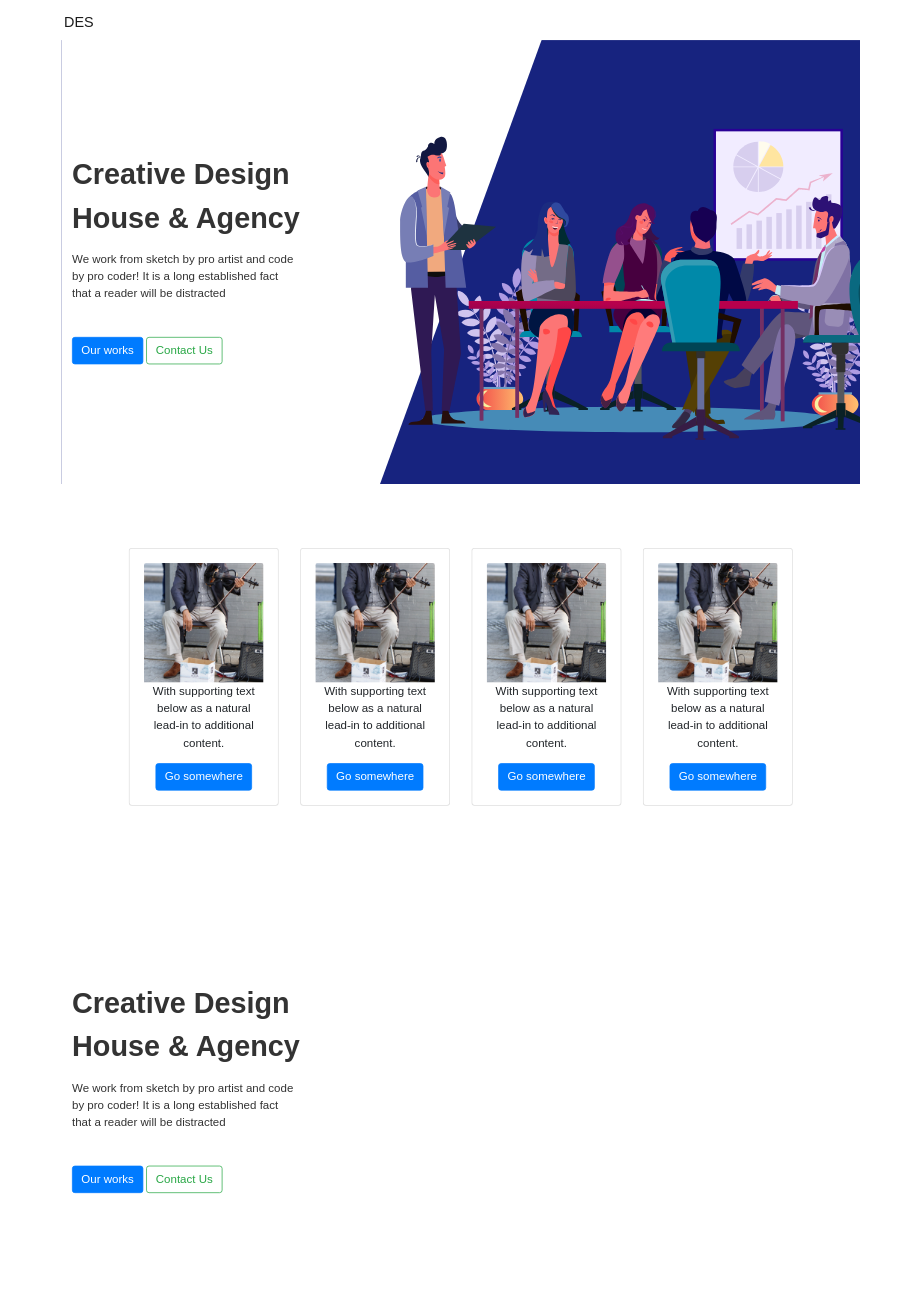
Repository: stephenkayade/Tarm
Page: index.html
The author's editor kept a copy of each file at every save. The page is drawn from the files as they stood at one save, then again after the next save.
The browser window is 1280 px wide. The pictures show the whole page, at 72% of full size.

Above is the page before, as saved 2020-05-07 12:18:07.

After the next save:
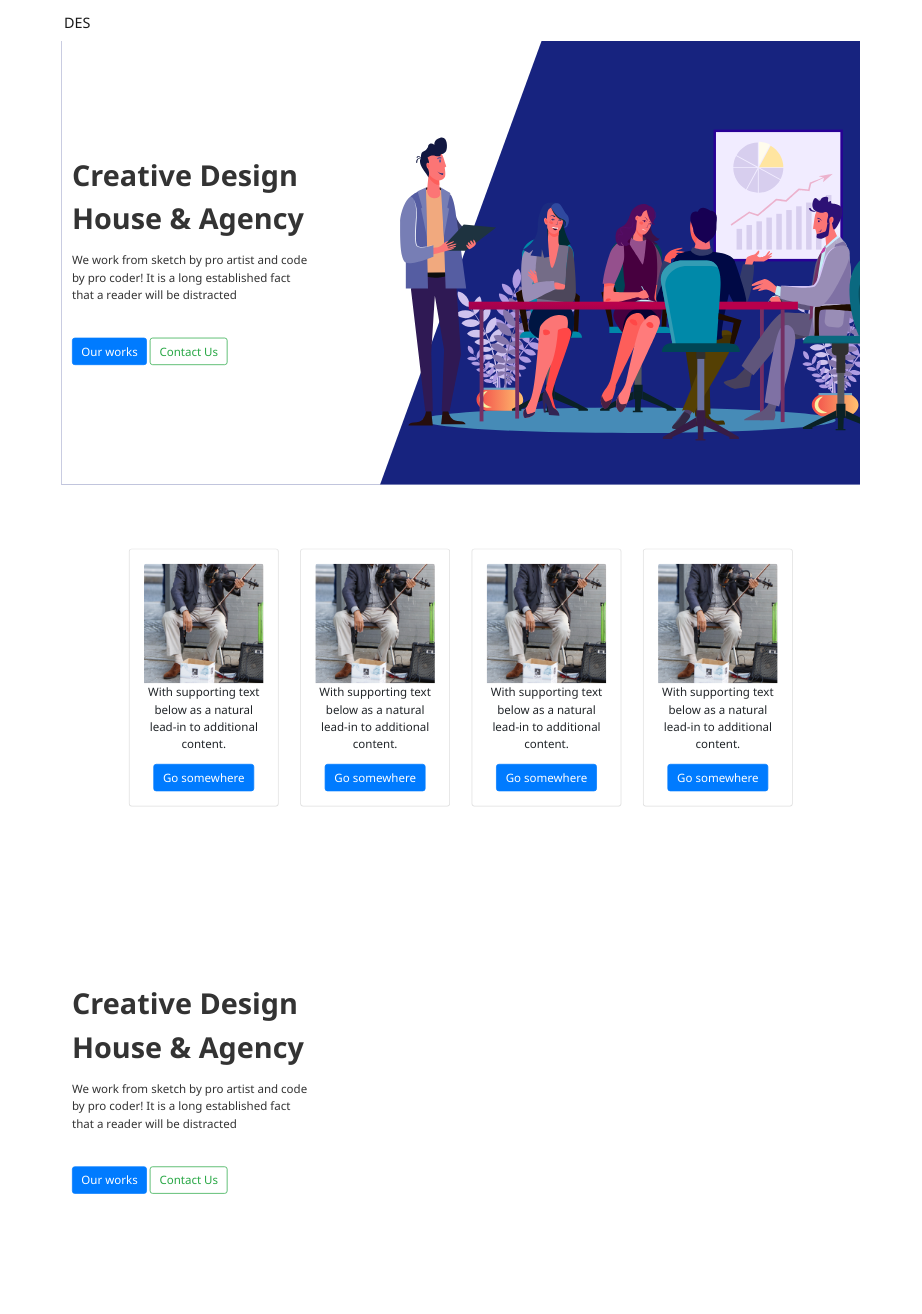
Saved 26 s later.
--- a/css/style.css
+++ b/css/style.css
@@ -3,7 +3,7 @@
     padding: 0;
 }
 body{
-    font-family: sans-serif;
+    font-family: 'Segoe UI', Tahoma, Geneva, Verdana, sans-serif;
 }
 #nav-bar{
     position: sticky;
